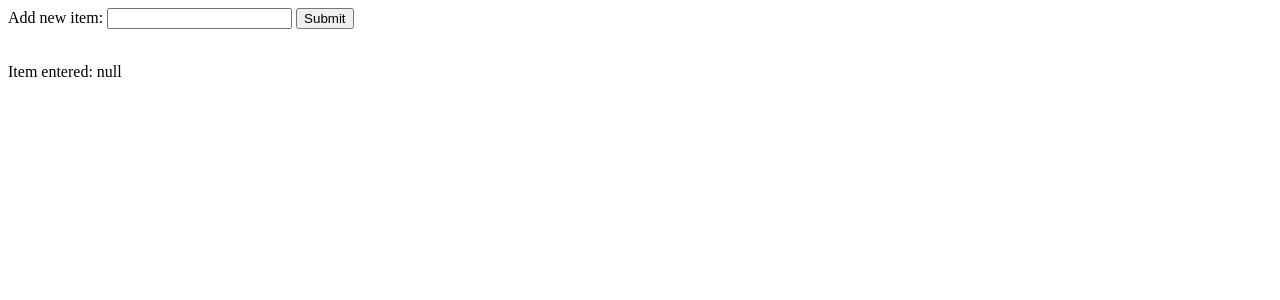
Repository: aashigupta165/advance-java
Page: http://localhost/notes/todo-demo.jsp
These files come from the project's save history. The page is drawn as it stood at one moment and after the next save; the edit follows.
The browser window is 1280 px wide. The pictures show the whole page.
The page is served by Tomcat 9. Nobody is signed in. The application's start-up code is not run. Other server files are loaded and not shown.

Above is the page before, as saved 2019-08-22 17:33:51.

### notes/WebContent/todo-demo.jsp
<%@ page import="java.util.*"  %>
<html>

<body>

<form action="todo-demo.jsp">
Add new item: <input type="text" name="theItem" />
<input type="submit" value="Submit" />
</form>

<br>
Item entered: <%= request.getParameter("theItem") %>

</body>

</html>

After the next save:
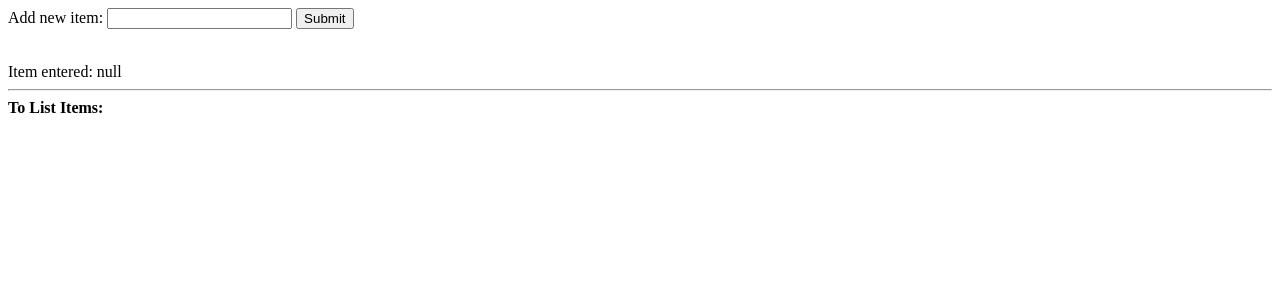
Saved 15 min 28 s later.
--- a/notes/WebContent/todo-demo.jsp
+++ b/notes/WebContent/todo-demo.jsp
@@ -11,6 +11,29 @@ Add new item: <input type="text" name="theItem" />
 <br>
 Item entered: <%= request.getParameter("theItem") %>
 
+<%
+List<String> items = (List<String>) session.getAttribute("myToDoList");
+if(items==null){
+	items = new ArrayList<String>();
+	session.setAttribute("myToDoList", items);
+}
+String theItem = request.getParameter("theItem");
+if(theItem != null){
+	items.add(theItem);
+}
+%>
+
+<hr>
+<b>To List Items:</b> <br/>
+
+<ol>
+<%
+for(String temp : items){
+	out.println("<li>" + temp + "/li");
+}
+%>
+</ol>
+
 </body>
 
 </html>
